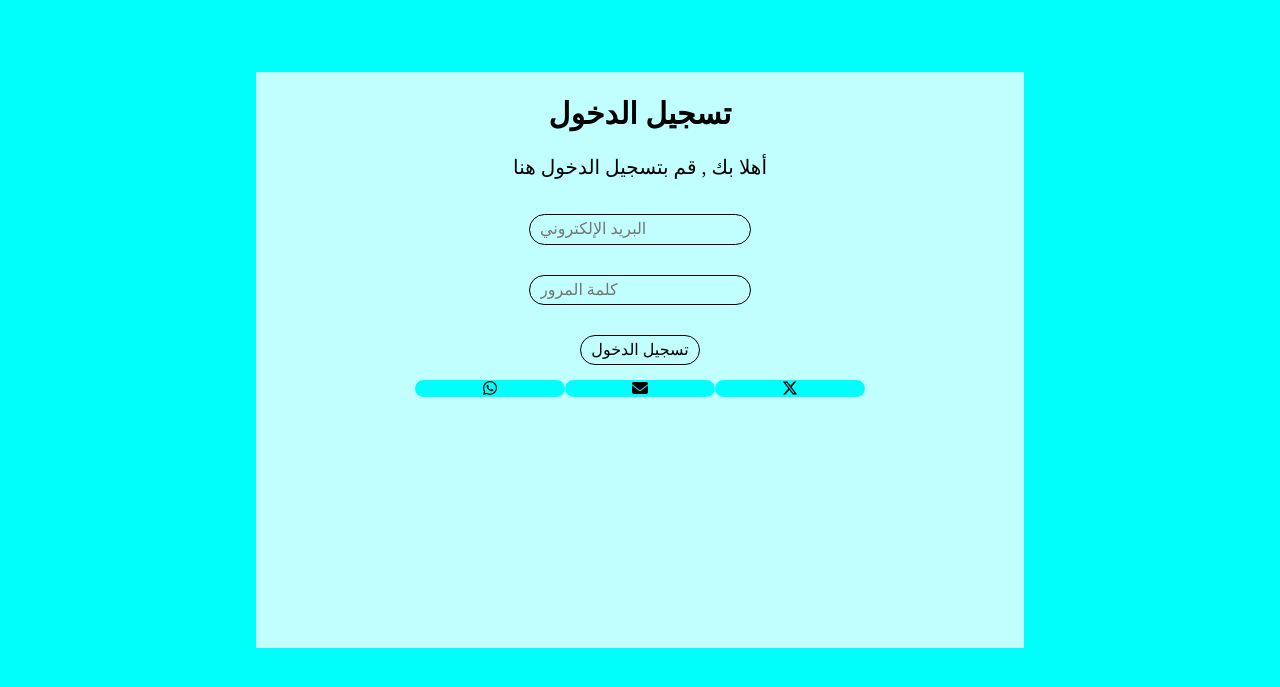
Repository: FaisalFahed/login-page
Page: html/صفحة تسجيل دخول.html
The author's editor kept a copy of each file at every save. The page is drawn from the files as they stood at one save, then again after a run of saves.
The browser window is 1280 px wide. The pictures show the whole page.
Some web fonts or font styles are not loaded; a fallback is used.

Above is the page before, as saved 2025-04-01 08:41:38.

After the next 3 saves:
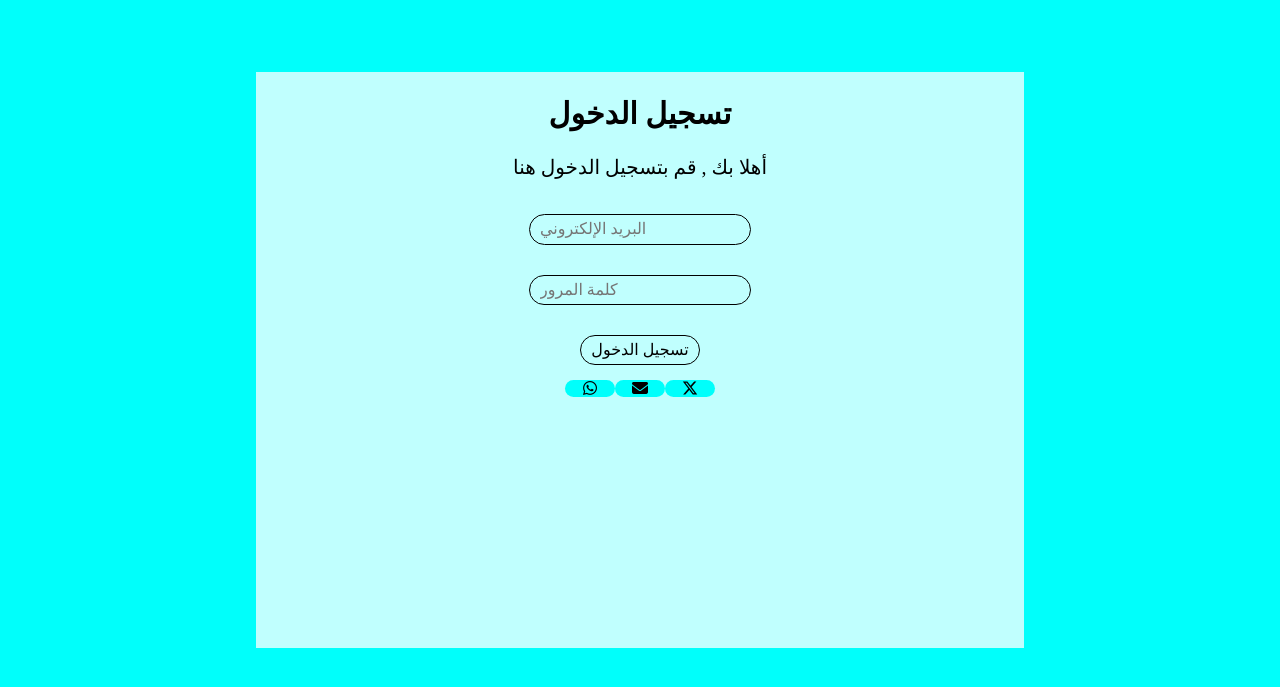
The 3 saves are shown as one change because they came seconds apart.
The last was saved 9 s later.
--- a/css/صفحة تسجيل دخول.css
+++ b/css/صفحة تسجيل دخول.css
@@ -77,8 +77,8 @@ ul{
     border-radius: 10px;
 }
 .icons ul li a i{
-    width: 150px;
-    height: 150px;
+    width: 50px;
+    height: 50px;
 }
 /* @media (min-width:768px){
     .container{
